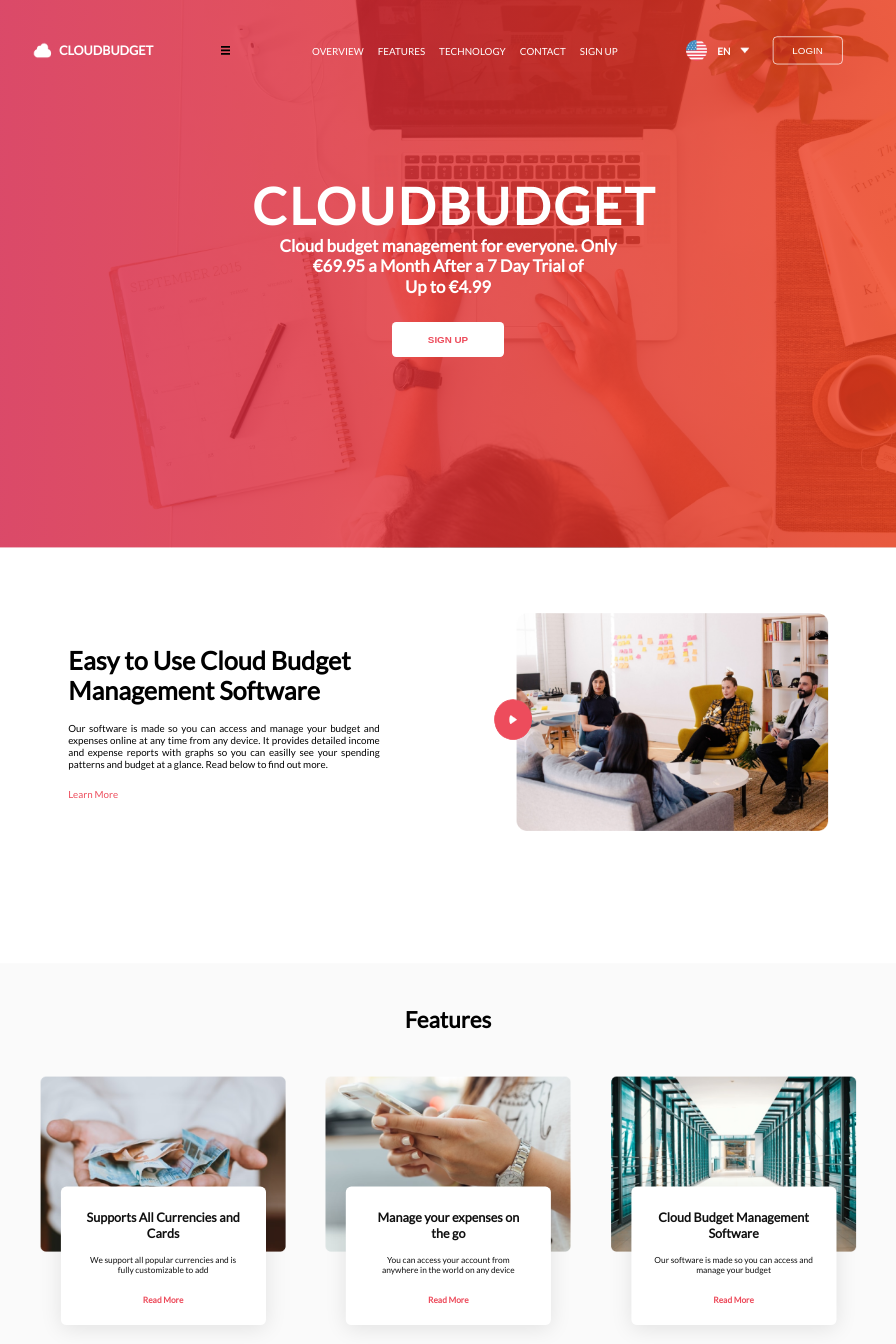
Repository: Ola-22/cloudBudget
Page: /
These files come from the project's save history. The page is drawn as it stood at one moment and after the next save; the edit follows.
The browser window is 1280 px wide. The pictures show the part of the page from y = 0 to 1920 px (the page is 4028 px tall), at 70% of full size.
The project was rebuilt for these pictures with package versions that can differ from the ones it lists, and the page was loaded fresh each time.

Above is the page before, as saved 2021-09-14 21:03:30.

### src/App.js
import "./App.css";
import {
  Navbar,
  MainContent,
  VideoSection,
  Features,
  Technology,
  AppDownload,
  Contact,
  Footer,
} from "./components/component-path";

function App() {
  return (
    <div className="App">
      <div
        className="app-main"
        style={{
          backgroundImage:
            "linear-gradient(90deg, rgba(213, 32, 71, 0.8) 0%, rgba(238, 61, 27, 0.8) 100%),url(/images/bg.png)",
          height: "782px",
        }}
      >
        <Navbar />
        <MainContent />
      </div>
      <VideoSection />
      <Features />
      <Technology />
      <AppDownload />
      <Contact />
      <Footer />
    </div>
  );
}

export default App;

### src/App.css
@import url('https://fonts.googleapis.com/css2?family=Lato&display=swap');

body{
  font-family: 'Lato', sans-serif;
}

*{
  margin: 0;
  padding: 0;
  box-sizing: border-box;
}

.app-main{
  background-position: center;
  background-repeat: no-repeat;
  background-size: cover;
  position: relative;
}

### src/Components/component-path.js
export { default as Navbar } from "./Navbar";
export { default as MainContent } from "./MainContent";
export { default as VideoSection } from "./VideoSection";
export { default as Features } from "./Features";
export { default as Technology } from "./Technology";
export { default as AppDownload } from "./AppDownload";
export { default as Contact } from "./Contact";
export { default as Footer } from "./Footer";

### src/Components/Navbar/index.jsx
import "./style.scss";
import { useState } from "react";
import { Link, BrowserRouter as Router } from "react-router-dom";

function Navbar() {
  const [menu, setMenu] = useState(false);

  const showMenu = () => setMenu(!menu);

  return (
    <div className="nav-main">
      <div className="nav-box">
        <img src="/images/Vector.png" alt="" />
        <h3>CLOUDBUDGET</h3>
      </div>
      <img width="14" className="bar" src="/images/bars-solid.svg" alt="" />
      <Router>
        <nav className={menu ? "" : ""} onClick={showMenu}>
          <Link to="/">overview</Link>
          <Link to="/">features</Link>
          <Link to="/">technology</Link>
          <Link to="/">contact</Link>
          <Link to="/">sign up</Link>
        </nav>
      </Router>
      <div style={{ display: "flex", cursor: "pointer" }}>
        <div className="flag-box">
          <img src="/images/flag.png" alt="" />
          <h4>EN</h4>
          <img src="/images/vector2.png" alt="" />
        </div>
        <button>Login</button>
      </div>
    </div>
  );
}

export default Navbar;

### src/Components/MainContent/index.jsx
import "./style.css";

export default function MainContent() {
  return (
    <div className="main-content">
      <h1>CloudBudget</h1>
      <p>
        Cloud budget management for everyone. Only €69.95 a Month After a 7 Day
        Trial of
        <br /> Up to €4.99
      </p>
      <button>sign up</button>
    </div>
  );
}

### src/Components/VideoSection/index.jsx
import "./style.scss";

export default function VideoSection() {
  return (
    <div className="videoMain">
      <div className="video-content">
        <h2>Easy to Use Cloud Budget Management Software</h2>
        <p>
          Our software is made so you can access and manage your budget and
          expenses online at any time from any device. It provides detailed
          income and expense reports with graphs so you can easilly see your
          spending patterns and budget at a glance. Read below to find out more.
        </p>
        <a href="#">Learn More</a>
      </div>
      <div>
        <img src="/images/play.png" alt="" />
        <img src="/images/Video_bg.png" alt="" />
      </div>
    </div>
  );
}

### src/Components/Features/index.jsx
import FeaturesCard from "./FeaturesCard";
import "./style.scss";

export default function Features() {
  return (
    <div className="features-main">
      <h1>Features</h1>
      <div>
        <FeaturesCard
          src="/images/features1.png"
          title="Supports All Currencies and Cards"
          paragraph="We support all popular currencies and is fully customizable to add"
          readmore="Read More"
        />
        <FeaturesCard
          src="/images/features2.png"
          title="Manage your expenses on the go"
          paragraph="You can access your account from anywhere in the world on any device"
          readmore="Read More"
        />
        <FeaturesCard
          src="/images/features3.png"
          title="Cloud Budget Management Software"
          paragraph="Our software is made so you can access and manage your budget"
          readmore="Read More"
        />
      </div>
    </div>
  );
}

### src/Components/Technology/index.jsx
import "./style.scss";
import TechCard from "./TechCard";

export default function Technology() {
  return (
    <div className="tech-main">
      <h1>Technology</h1>
      <div>
        <TechCard
          src="/images/tech1.png"
          title="Cloud Storage"
          paragraph="Access your account from anywhere in the world on any device"
          background="01.png"
        />
        <TechCard
          src="/images/tech2.png"
          title="Secure"
          paragraph="All your information is stored on secure cloud servers"
          background="02.png"
        />
        <TechCard
          src="/images/tech3.png"
          title="PDF Download"
          paragraph="Download any of your reports in PDF format"
          background="03.png"
        />
        <TechCard
          src="/images/tech4.png"
          title="CSV Download"
          paragraph="All your information is stored on secure cloud servers"
          background="04.png"
        />
      </div>
    </div>
  );
}

### src/Components/AppDownload/index.jsx
import "./style.scss";

export default function AppDownload() {
  return (
    <div className="download-main">
      <div>
        <h1>Stay focused on saving money</h1>
        <p>
          It is important to stay focused on saving money in any way you can. We
          help you monitor your spending habits so you can easily spot and cut
          any unnecessary expenses. Simply join today to get started!
        </p>
        <img src="/images/playstore.png" alt="" />
        <img src="/images/applestore.png" alt="" />
        <img src="/images/windows.png" alt="" />
      </div>
      <div>
        <div>
          <img src="/images/Video_bg3.png" alt="" />
          <img src="/images/Video_bg2.png" alt="" />
        </div>
        <img src="/images/Video_bg1.png" alt="" />
      </div>
    </div>
  );
}

### src/Components/Contact/index.jsx
import "./style.scss";
import Input from "./Input";

export default function Contact() {
  return (
    <div className="contact-main">
      <div>
        <h4>Contact</h4>
        <p>
          Questions or concerns? Just fill out the form below and our support
          team will get back to you within 24 hours
        </p>
      </div>
      <div>
        <div>
          <Input
            name="first_name"
            id="first_name"
            type="text"
            // onChange={this.handleChange}
            // value={email}
            placeholder="First Name"
          />
          <Input
            name="last_name"
            id="last_name"
            type="text"
            // onChange={this.handleChange}
            // value={email}
            placeholder="Last Name"
          />
        </div>
        <div>
          <Input
            name="phone"
            id="phone"
            type="text"
            // onChange={this.handleChange}
            // value={email}
            placeholder="Phone Number"
          />
        </div>

        <select name="service" id="service">
          <option value="other">Select Service</option>
          <option value="other">other</option>
          <option value="other">other</option>
          <option value="other">other</option>
        </select>
        <button>Submit now</button>
      </div>
    </div>
  );
}

### src/Components/Footer/index.jsx
import "./style.scss";

export default function Footer() {
  return (
    <div className="footer-main">
      <div>
        <h3>Address</h3>
        <ul>
          <li> Pipang Ltd, Griva Digeni,</li>
          <li>81-83 Jacovides Tower, 1st Floor</li>
          <li>1090 Picosia USA</li>
        </ul>
        <p>Copyright 2018 CloudBudget</p>
      </div>

      <div>
        <h3>Services</h3>
        <ul>
          <li>Overview</li>
          <li>Features</li>
          <li>Technology</li>
          <li>Terms & Conditions</li>
          <li>Privecy</li>
        </ul>
      </div>
      <div>
        <h3>Get in Touch</h3>
        <ul>
          <li>info@cloudbudget.com</li>
          <li>+1 844-721-7120</li>
        </ul>
        <div>
          <a href="https://www.facebook.com/">
            <img src="/images/facebook.png" alt="" />
          </a>
          <a href="https://www.linkedin.com/">
            <img src="/images/linkedin.png" alt="" />
          </a>
          <a href="https://twitter.com/">
            <img src="/images/twitter.png" alt="" />
          </a>
        </div>
      </div>
      <div>
        <h3>We Support</h3>
        <img src="/images/secure.png" alt="" />
      </div>
    </div>
  );
}

### src/Components/Navbar/style.scss
@import "../../styles/variables.scss";

.nav-main{
  display: flex;
  align-items: center;
  justify-content: space-around;
  padding-top: 52px;
  & >nav{
    display: flex;
    & >a {
      margin-left: 20px;
      text-transform: uppercase;
      color: $whiteColor;
      font-size: 14px;
      text-decoration: none;
    }
  }

  & button{
    width: 100px;
    height: 40px;
    background-color: transparent;
    border-radius: 6px;
    border: 1px solid $whiteColor;
    font-size: 14px;
    text-transform: uppercase;
    color: $whiteColor;
    margin-inline-start: 28.81px;
    margin-inline-end: 28px;
  }
}

.nav-box{
  display: flex;
  // margin-left: 5%;
  & > h3{
    font-size: 18px;
    margin-left: 9.9px;
    color: white;
  }
}

.flag-box{
  display: flex;
  align-items: center;
  width: 96px;
  & > h4{
    font-size: 14px;
    color: $whiteColor;
    margin-inline-start: 13.81px;
    margin-inline-end: 13.81px;
  }
}

.nav-menu{
  width: 0;
  height: 0;
}
@media only screen and (max-width: 600px) {
.nav-menu {
  background-color:rgb(237, 237, 237);
  width: 250px;
  height: 100vh;
  display: flex;
  justify-content: center;
  position: fixed;
  top: 0;
  left: 100%;
  /* transition: 350ms; */
}
}

.nav-menu.active {
  left: 50%;
  transition: 850ms;
}

### src/Components/MainContent/style.css
.main-content {
  display: -webkit-box;
  display: -ms-flexbox;
  display: flex;
  -webkit-box-align: center;
      -ms-flex-align: center;
          align-items: center;
  -webkit-box-orient: vertical;
  -webkit-box-direction: normal;
      -ms-flex-direction: column;
          flex-direction: column;
  color: #ffffff;
  margin-top: 158px;
}

.main-content > h1 {
  font-size: 72px;
  text-transform: uppercase;
  margin-left: 18px;
  letter-spacing: 0.05em;
}

.main-content > p {
  font-size: 24px;
  width: 540px;
  height: 124px;
  font-weight: 600;
  overflow-wrap: break-word;
  text-align: center;
  margin: 0;
}

.main-content > button {
  background-color: #ffffff;
  border-radius: 6px;
  width: 160px;
  height: 50px;
  font-size: 14px;
  text-transform: uppercase;
  color: #ED4C5C;
  border: none;
  font-weight: 600;
  cursor: pointer;
}
/*# sourceMappingURL=style.css.map */

### src/Components/VideoSection/style.scss
@import "../../styles/variables.scss";

.videoMain{
  display: flex;
  justify-content: space-around;
  margin-top: 94px;
  height: 500px;
  flex-wrap: wrap;
  & > div:last-of-type{
    position: relative;
    & img:first-of-type{
      border: 1px solid $btnColor;
      background-color: $btnColor;
      border-radius: 50%;
      padding: 20px;
      // width: 18px;
      position: absolute;
      margin-top: 123px;
      left: -32px;
    }
  }
}

.video-content{
  width: 445px;
  & > h2{
    font-size: 36px;
    line-height: 43px;
    margin-top: 46px;
    font-weight: 600;
  }
  & > p{
    font-size: 14px;
    text-align: justify;
    margin: 24px 0;
  }
  & > a{
    color: $btnColor;
    font-size: 14px;
    text-decoration: none;
  }
}

### src/Components/Features/FeaturesCard/index.js
import "./style.scss";

export default function FeaturesCard({ src, title, paragraph, readmore }) {
  return (
    <div className="features-card">
      <img src={src} alt="" />
      <div>
        <h3>{title}</h3>
        <p>{paragraph}</p>
        <a href="#">{readmore}</a>
      </div>
    </div>
  );
}

### src/Components/Features/style.scss
.features-main{
  background-color: #fafafa;
  // padding-top: 60px;
  height: 600px;
  & >h1{
    text-align: center;
    padding-top: 60px;
    padding-bottom: 63px;
  }
  & > div:first-of-type{
    display: flex;
    justify-content: space-evenly;
    height: 660px;
    flex-wrap: wrap;
  }
}

### src/Components/Technology/style.scss
.tech-main{
   height: 500px;

   & > h1{
     font-size: 36px;
     text-align: center;
     padding-top: 63px;
     padding-bottom: 52px;
   }

  & > div:first-of-type{
    display: flex;
    justify-content: space-evenly;
    flex-wrap: wrap;
  }
}

### src/Components/Technology/TechCard/index.jsx
import "./style.scss";

export default function TechCard({ src, title, paragraph, background }) {
  return (
    <div
      className="tech-card"
      style={{
        backgroundImage: `url(/images/${background}`,
        backgroundRepeat: "no-repeat",
        position: "relative",
        backgroundPosition: "center top",
      }}
    >
      <img src={src} alt="" />
      <h2>{title}</h2>
      <p>{paragraph}</p>
    </div>
  );
}

### src/Components/AppDownload/style.scss
@import "../../styles/variables.scss";

.download-main{
  background-color: $btnColor;
  height: 500px;
  color: $whiteColor;
  display: flex;
  justify-content: space-evenly;
  position: relative;
  &>div:first-of-type{
    width: 445px;
    & > h1{
      margin-top: 122px;
      width: 445px;
      font-size: 36px;
      font-weight: 600;
      margin-bottom: 24px;
    }
    & >p{
      margin-bottom: 44px;
      font-size: 14px;
      text-align: justify;
    }
    & > img:not(:first-of-type){
      margin-left: 25px;
    }
  }
  &>div:last-of-type{
    width: 533px;
    position: relative;
    padding-top: 116px;
    & > div {
    display: flex;
    position: relative;
    & >img:first-of-type{
      position: absolute;
      left: 150px;
    }
    }
    & > img{
      position: absolute;
      left: 44px;
      top: 94px;
    }
  }
}

### src/Components/Contact/style.scss
@import "../../styles/variables.scss";

.contact-main{
  display: flex;
  margin-top: 117px;
  justify-content: space-evenly;
  height: 500px;
  &> div:first-of-type{
    width: 445px;
    height: 160px;
    & > h4{
      font-size: 36px;
      font-weight: 600;
      height: 107px;
    }
    & >p{
      height: 64px;
      font-size: 14px;
      text-align: justify;
    }
  }
  &>div:last-of-type{
    width: 540px;
    height: 305px;

    & input, & select{
       height: 60px;
       border-radius: 6px;
       font-size: 16px;
       color: rgba(19,39,67,0.5);
       padding-left: 31px;
       outline: none;
       border: 1px solid #333333;
    }

    & input, & >select{
      width: 540px;
      margin-top: 24px;
    }

    &>div:first-of-type{
       &  input{
       width: 255px;
      &:last-of-type{
        margin-left: 30px;
      }
    }
    }


    & > button{
      background-color: $btnColor;
      border-radius: 6px;
      width: 161px;
      height: 50px;
      margin-top: 27px;
      border: 1px solid $btnColor;
      color: $whiteColor;
      text-transform: uppercase;
      font-size: 14px;
    }
  }
}

### src/Components/Contact/Input/index.jsx
// import React from "react";

export default function Input({
  name,
  type,
  onChange,
  value,
  placeholder,
  id,
}) {
  return (
    <>
      <input
        name={name}
        type={type}
        id={id}
        onChange={onChange}
        value={value}
        placeholder={placeholder}
        className="inputLog"
      />
    </>
  );
}

### src/Components/Footer/style.scss
.footer-main{
  display: flex;
  flex-wrap: wrap;
  height: 435px;
  background-color: #fafafa;
  padding-top: 85px;
  justify-content: space-evenly;

  & h3{
    font-size: 18px;
    height: 22px;
  }

  & ul {
    list-style: none;
    margin-top: 33px;
    font-size: 12px;
    text-align: justify;
    line-height: 19.4px;
    &:nth-of-type(1), :nth-of-type(2){
        width: 254px;
    }
  }

  & > div:nth-of-type(3){
    & > ul{
       & > li:nth-of-type(2){
      margin-top: 11px;
      margin-bottom: 25.25px;
    }
    }

    & a:not(:first-of-type){
      margin-left: 16.67px;
    }
  }

  & > div:last-of-type{
    & >img{
      margin-top: 33px;
    }
  }

  & p {
    font-size: 12px;
    margin-top: 141px;
  }

}

### src/styles/variables.scss
$whiteColor: #ffffff;
$blackColor: #000000;
$orangeColor: #EE3D1B;
$pinkColor: #D52047;
$btnColor: #ED4C5C;

### src/Components/Features/FeaturesCard/style.scss
@import "../../../styles/variables.scss";


.features-card{
  position: relative;
  text-align: center;
  & > div{
    background-color: $whiteColor;
    position: absolute;
    top: 157px;
    width: 293px;
    height: 198px;
    left: 29px;
    box-shadow: 0px 5px 30px rgba(0, 0, 0, 0.1);
    display: flex;
    flex-direction: column;
    align-items: center;
    color: #101010;
    border-radius: 8px;
    & > h3{
      margin-top: 33px;
      margin-bottom: 20px;
      font-size: 18px;
      width: 229px;
    }
    & > p{
      font-size: 12px;
      width: 229px;
      height: 57px;
    }
    & > a{
      color: $btnColor;
      font-size: 12px;
      font-weight: bold;
      text-decoration: none;
    }
  }
}

### src/Components/Technology/TechCard/style.scss
.tech-card{
  width: 255px;
  height: 226px;
  display: flex;
  flex-direction: column;
  align-items: center;
  flex-wrap: wrap;
  & > img{
    margin-top: 44px;
    width: 80px;
    height: 80px;
    object-fit: contain;
  }
  & >h2{
    font-size: 18px;
    margin-bottom: 10px;
    margin-top: 8px;
  }
  & > p{
    font-size: 12px;
    width: 191px;
    height: 51px;
    text-align: center;
    line-height: 14px;
  }
}

Loaded but not shown: public/index.html (common file); src/index.js (common file); src/index.css (common file); src/reportWebVitals.js (common file)

After the next save:
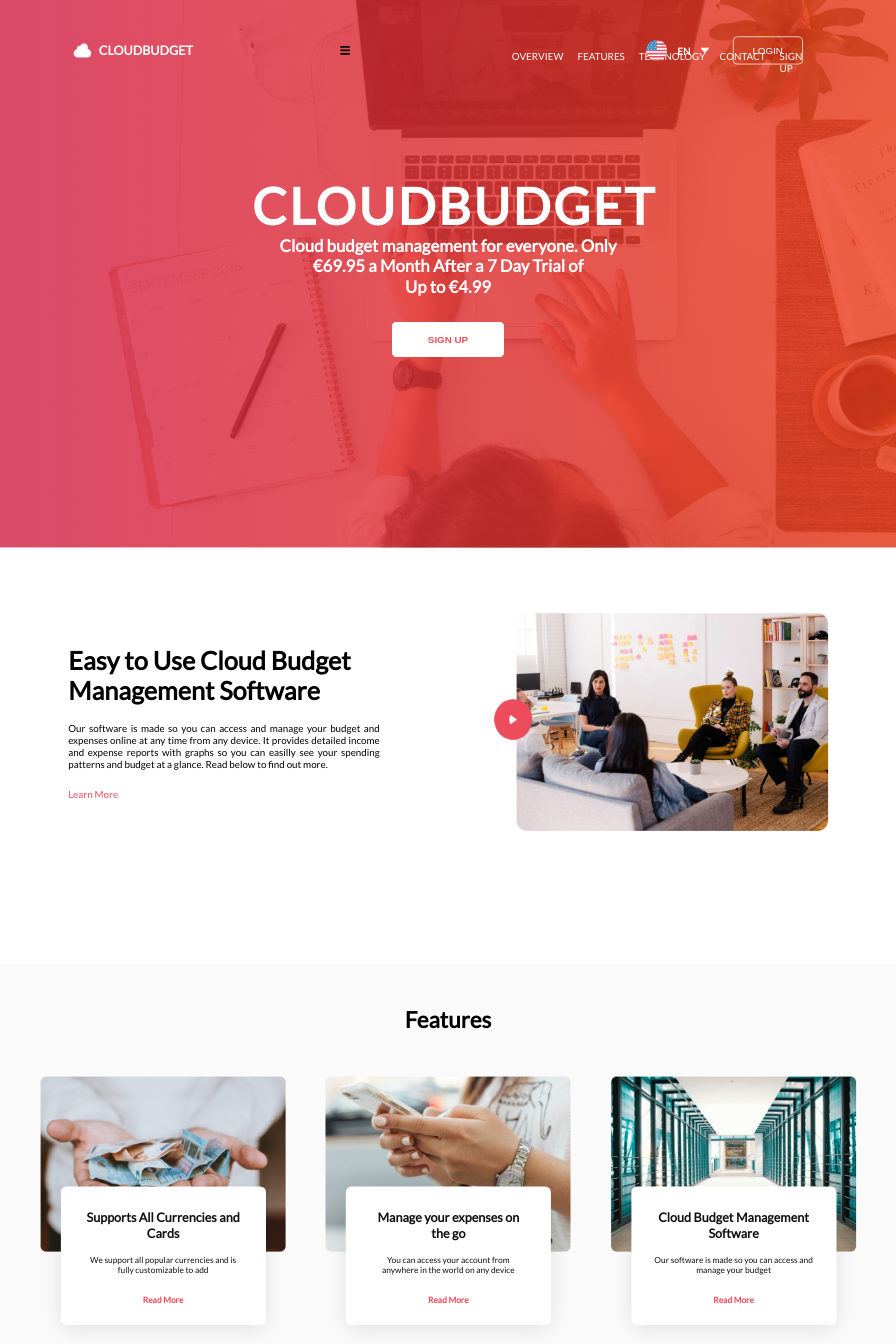
Saved 16 s later.
--- a/src/Components/Navbar/index.jsx
+++ b/src/Components/Navbar/index.jsx
@@ -15,7 +15,10 @@ function Navbar() {
       </div>
       <img width="14" className="bar" src="/images/bars-solid.svg" alt="" />
       <Router>
-        <nav className={menu ? "" : ""} onClick={showMenu}>
+        <nav
+          className={menu ? "nav-menu" : "nav-menu active"}
+          onClick={showMenu}
+        >
           <Link to="/">overview</Link>
           <Link to="/">features</Link>
           <Link to="/">technology</Link>
